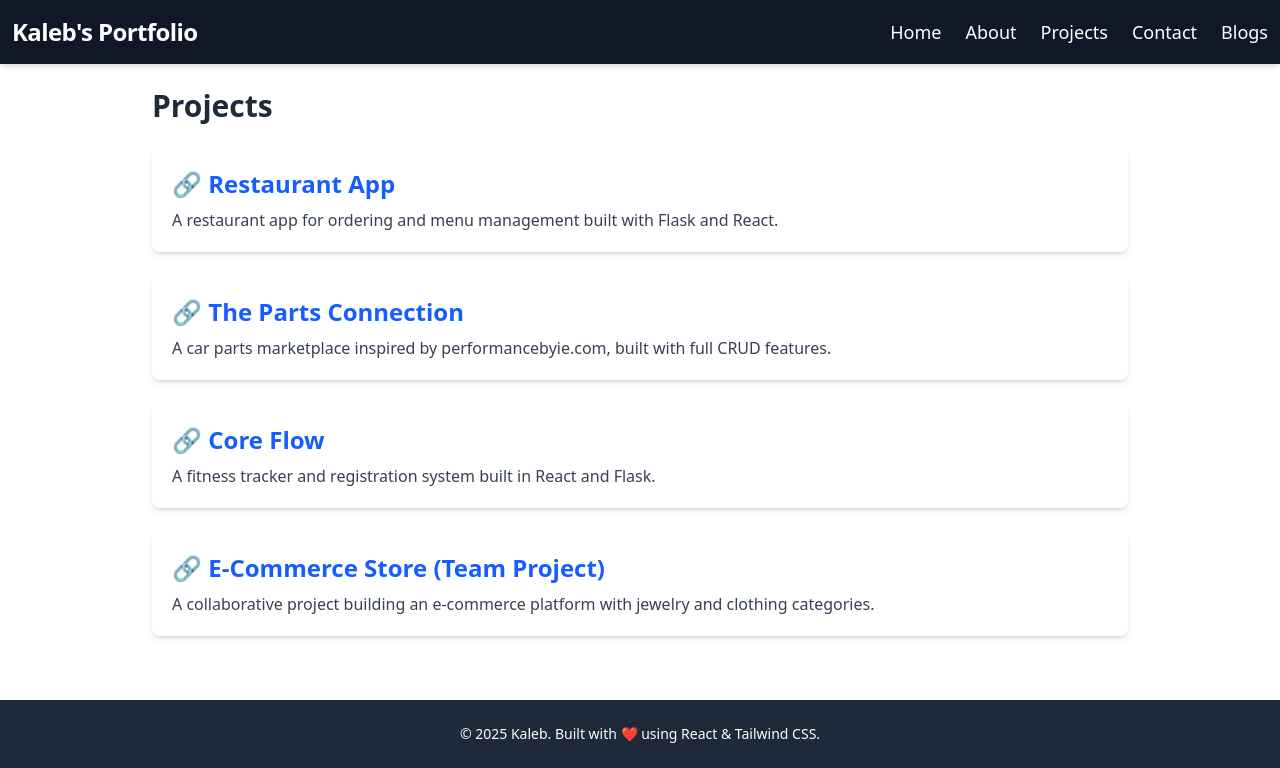
Repository: KalebMalone/portfolio-site
Page: /projects
An editor plug-in stored every save of this project. The page is shown before and after a run of saves, followed by the edit.
The browser window is 1280 px wide. The pictures show the whole page.
The project was rebuilt for these pictures with package versions that can differ from the ones it lists, and the page was loaded fresh each time. Also part of the build but not shown: vite.config.js, src/pages/Home.jsx, src/pages/About.jsx, src/pages/Contact.jsx, src/pages/Blogs.jsx.

Above is the page before, as saved 2025-04-23 17:39:39.

### src/App.jsx
import { BrowserRouter as Router, Routes, Route } from 'react-router-dom';
import Header from './components/Header';
import Footer from './components/Footer';

import Home from './pages/Home';
import About from './pages/About';
import Projects from './pages/Projects';
import Contact from './pages/Contact';
import Blogs from './pages/Blogs'; // Import Blogs page

function App() {
  return (
    <Router>
      <div className="flex flex-col min-h-screen">
        <Header />

        <main className="flex-grow">
          <Routes>
            <Route path="/" element={<Home />} />
            <Route path="/about" element={<About />} />
            <Route path="/projects" element={<Projects />} />
            <Route path="/contact" element={<Contact />} />
            <Route path="/blogs" element={<Blogs />} /> {/* Add route for Blogs */}
          </Routes>
        </main>

        <Footer />
      </div>
    </Router>
  );
}

export default App;

### src/index.css
@import 'tailwindcss';  /* Or use the Tailwind directives below */

/* Or alternatively, use these Tailwind directives directly in your CSS */
@tailwind base;
@tailwind components;
@tailwind utilities;

### src/components/Header.jsx
import { Link } from 'react-router-dom';

const Header = () => {
    return (
        <header className="bg-gray-900 text-white shadow-md py-4">
            <nav className="max-w-9xl mx-auto flex justify-between items-center px-3">
                {/* Logo/Brand Name (Left-aligned) */}
                <h1 className="text-2xl font-bold tracking-tight">Kaleb's Portfolio</h1>

                {/* Navigation Links (Right-aligned) */}
                <ul className="flex space-x-6 text-lg"> {/* Reduced space between items */}
                    {['Home', 'About', 'Projects', 'Contact', 'Blogs'].map((page) => ( // Add Blogs here
                        <li key={page}>
                            <Link
                                to={`/${page.toLowerCase() === 'home' ? '' : page.toLowerCase()}`}
                                className="hover:text-blue-400 transition-colors duration-200"
                            >
                                {page}
                            </Link>
                        </li>
                    ))}
                </ul>
            </nav>
        </header>
    );
};

export default Header;

### src/components/Footer.jsx
const Footer = () => {
    return (
        <footer className="bg-gray-800 text-white text-center py-6 mt-10">
            <p className="text-sm">© {new Date().getFullYear()} Kaleb. Built with ❤️ using React & Tailwind CSS.</p>
        </footer>
    );
};

export default Footer;

### src/pages/Projects.jsx
import React from 'react';

const Projects = () => {
    const projectList = [
        {
            name: 'Restaurant App',
            link: 'https://github.com/KalebMalone/Resturant',
            description: 'A restaurant app for ordering and menu management built with Flask and React.'
        },
        {
            name: 'The Parts Connection',
            link: 'https://github.com/KalebMalone/The-parts-connection',
            description: 'A car parts marketplace inspired by performancebyie.com, built with full CRUD features.'
        },
        {
            name: 'Core Flow',
            link: 'https://github.com/KalebMalone/Core-Flow',
            description: 'A fitness tracker and registration system built in React and Flask.'
        },
        {
            name: 'E-Commerce Store (Team Project)',
            link: 'https://github.com/CaseyRayson1995/eCommerce-project',
            description: 'A collaborative project building an e-commerce platform with jewelry and clothing categories.'
        },
    ];

    return (
        <section className="p-6 max-w-5xl mx-auto">
            <h2 className="text-3xl font-bold mb-6 text-gray-800">Projects</h2>
            <div className="space-y-6">
                {projectList.map((project, index) => (
                    <div key={index} className="bg-white p-5 rounded-lg shadow-md hover:shadow-lg transition-shadow">
                        <a
                            href={project.link}
                            target="_blank"
                            rel="noopener noreferrer"
                            className="text-2xl font-semibold text-blue-600 hover:text-blue-800"
                        >
                            🔗 {project.name}
                        </a>
                        <p className="mt-2 text-gray-700">{project.description}</p>
                    </div>
                ))}
            </div>
        </section>
    );
};

export default Projects;

Loaded but not shown: index.html (common file); src/main.jsx (common file)

After the next 2 saves:
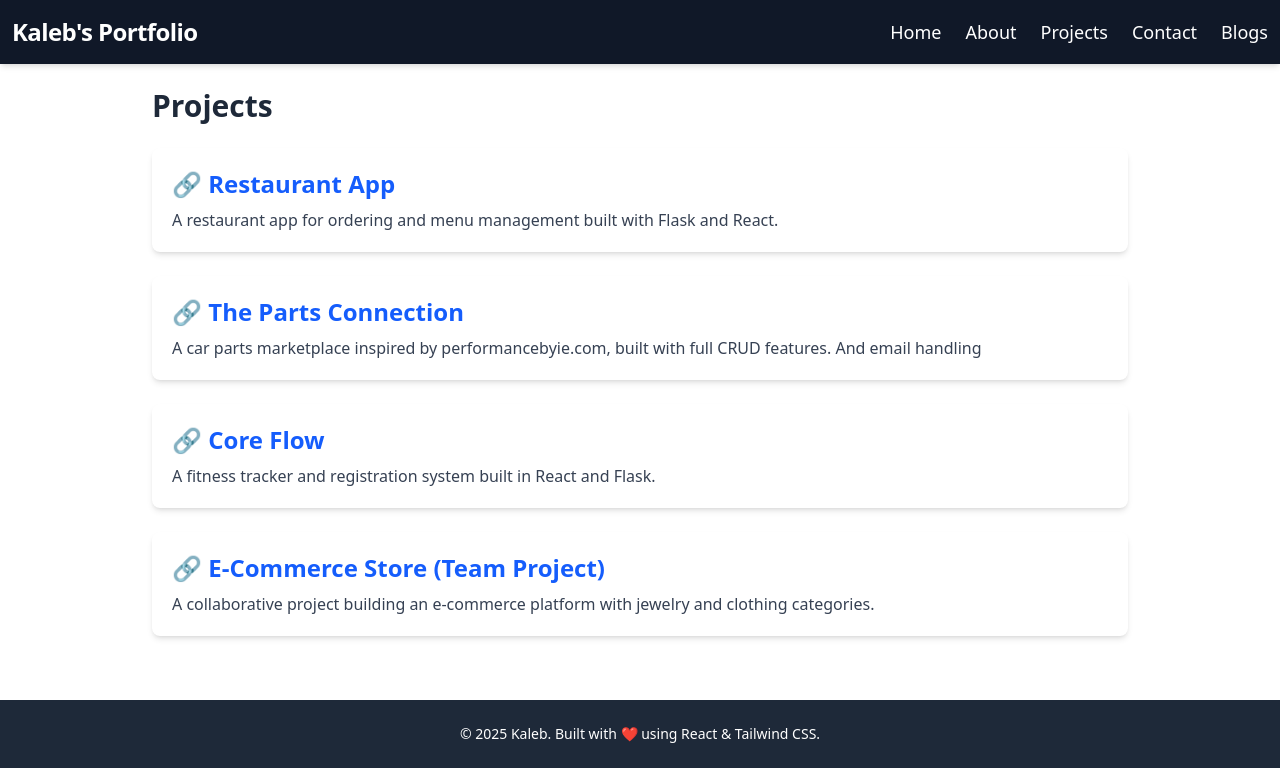
The 2 saves are shown as one change because they came seconds apart.
The last was saved 32 s later.
--- a/src/pages/Projects.jsx
+++ b/src/pages/Projects.jsx
@@ -10,7 +10,7 @@ const Projects = () => {
         {
             name: 'The Parts Connection',
             link: 'https://github.com/KalebMalone/The-parts-connection',
-            description: 'A car parts marketplace inspired by performancebyie.com, built with full CRUD features.'
+            description: 'A car parts marketplace inspired by performancebyie.com, built with full CRUD features. And email handling'
         },
         {
             name: 'Core Flow',
